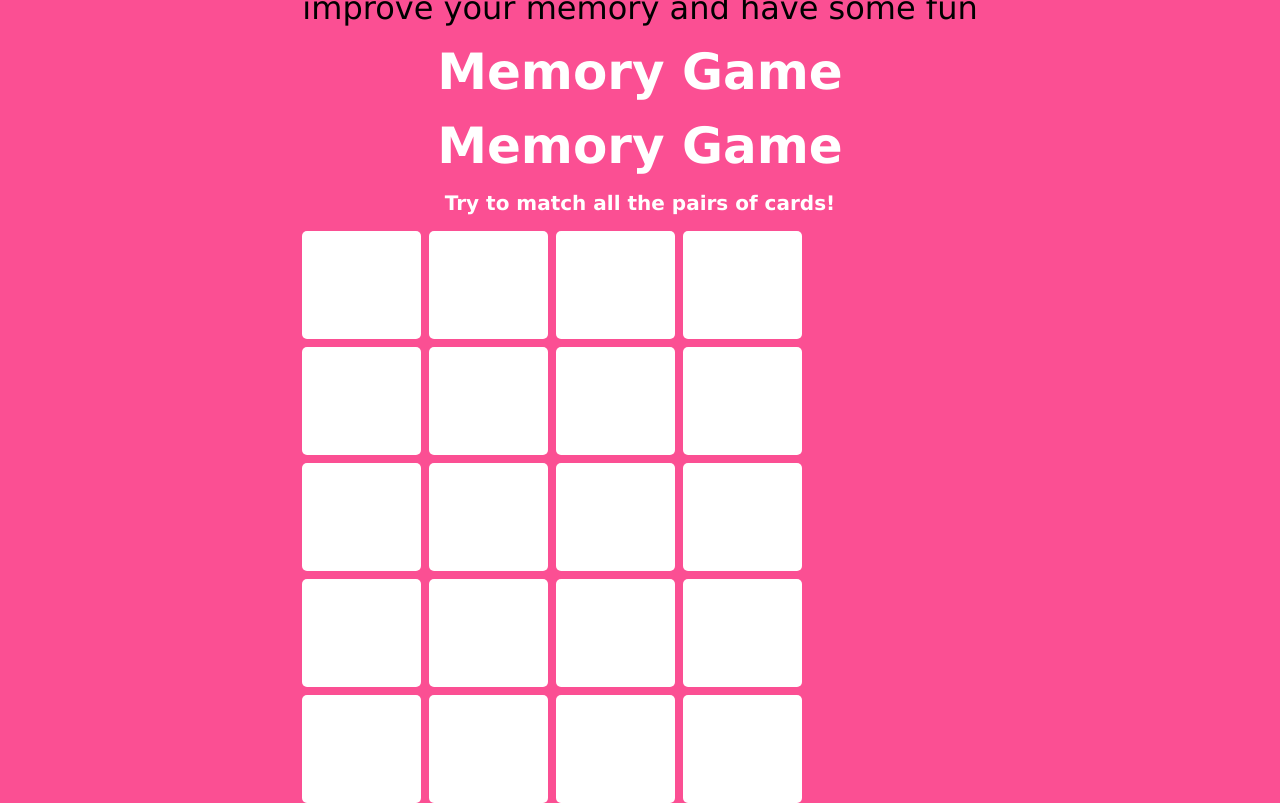
Repository: karim-sebih/react-memory
Page: / (app in react-memory/Memory/), after clicking the first element matching `button.new-game-button`
An editor plug-in stored every save of this project. The page is shown before and after a run of saves, followed by the edit.
The browser window is 1280 px wide. The pictures show the whole page.
The project was rebuilt for these pictures with package versions that can differ from the ones it lists, and the page was loaded fresh each time. Also part of the build but not shown: react-memory/Memory/vite.config.js, react-memory/Memory/src/components/button.css.

Above is the page before, as saved 2025-05-22 10:40:09.

After the next 4 saves:
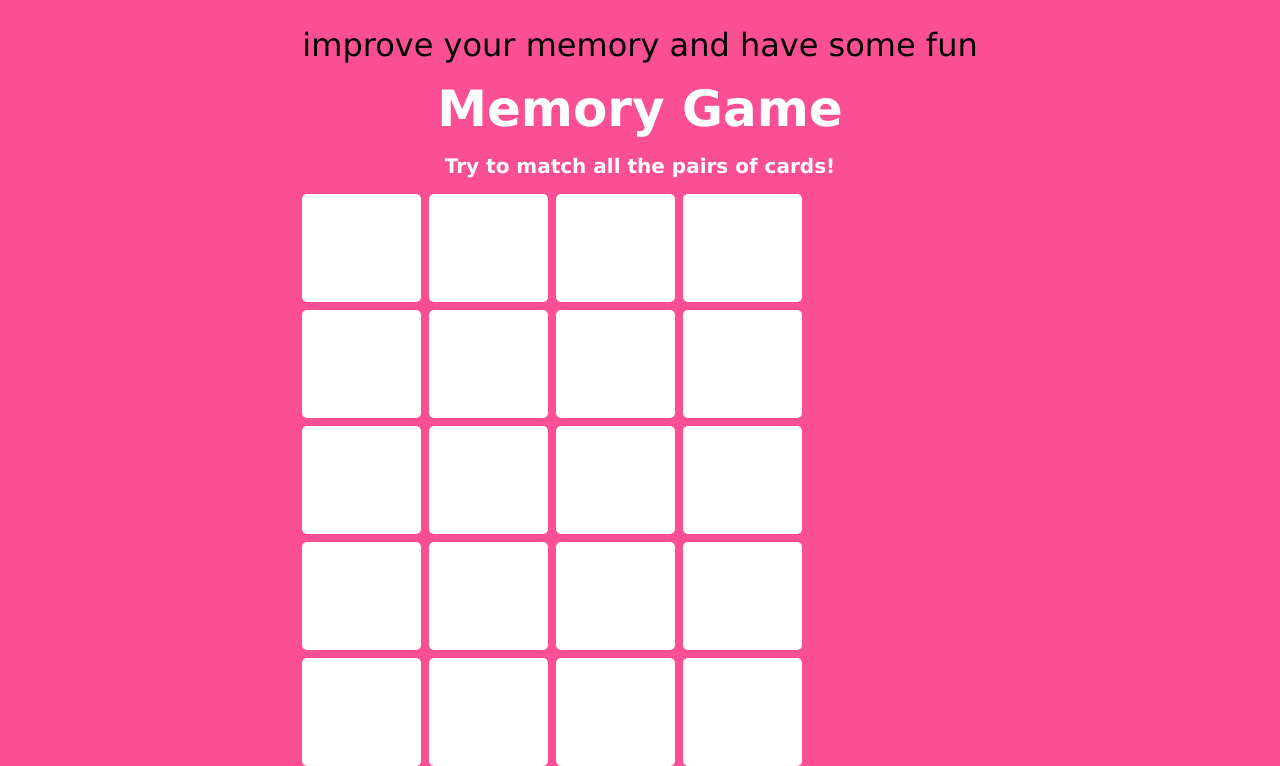
The 4 saves are shown as one change because they came seconds apart.
The last was saved 15 s later.
--- a/react-memory/Memory/src/App.jsx
+++ b/react-memory/Memory/src/App.jsx
@@ -33,8 +33,6 @@ function App() {
         <NewGameButton onNewGame={startNewGame} />
       ) : (
         <div>
-
-          <h1>Memory Game</h1>
           <div className="App">
         <h1>Memory Game</h1>
         {/* <h3>Welcome to the Memory Game!</h3> */}
